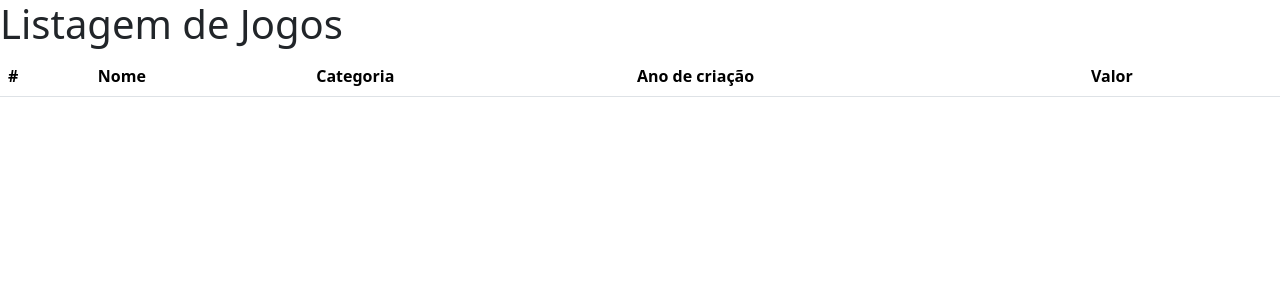
Repository: ytavares/game-registration
Page: http://localhost/jogos
An editor plug-in stored every save of this project. The page is shown before and after a run of saves, followed by the edit.
The browser window is 1280 px wide. The pictures show the whole page.
The page is served by the project's Laravel application, run on PHP 8.4 with Laravel 10. Other server files are loaded and not shown. Queries for data that is not in the repository find no rows.

Above is the page before, as saved 2023-09-15 22:09:47.

### routes/web.php
<?php

use App\Http\Controllers\JogosController;
use Illuminate\Support\Facades\Route;

/*
|--------------------------------------------------------------------------
| Web Routes
|--------------------------------------------------------------------------
|
| Here is where you can register web routes for your application. These
| routes are loaded by the RouteServiceProvider and all of them will
| be assigned to the "web" middleware group. Make something great!
|
*/

Route::get('/', function () {
    return view('welcome');
})->name('home-index');

// Route::get('/jogos', function () {
//     return "Yuri Tavares estudando Laravel";
// });

// Route::view('/jogos', 'jogos', ['name' => 'GTA']);

// Route::get('/jogos/{name?}/{id?}', function($name = null, $id = null) {
//     return view('jogos', ['nomeJogo' => $name, 'idJogo' => $id]);
// })->where(['id' => '[0-9]+', 'name' => '[A-Za-z]+']);

Route::get('/jogos',[JogosController::class, 'index']);

Route::fallback(function() {
    return "Erro ao localizar a rota!";
});

### app/Http/Controllers/JogosController.php
<?php

namespace App\Http\Controllers;

use App\Models\Jogo;
use Illuminate\Http\Request;

class JogosController extends Controller
{
    public function index()
    {
        $jogos = Jogo::all();
        return view('jogos.index', ['jogos' => $jogos]);
    }
}

### app/Models/Jogo.php
<?php

namespace App\Models;

use Illuminate\Database\Eloquent\Factories\HasFactory;
use Illuminate\Database\Eloquent\Model;

class Jogo extends Model
{
    use HasFactory;
    protected $fillable = [
        'nome',
        'categoria',
        'ano_criacao',
        'valor',
    ];
};

### resources/views/jogos/index.blade.php
@extends('layouts.app')

@section('title', 'Listagem')
@section('content')
    <h1>Listagem de Jogos</h1>
    <table class="table">
        <thead>
        <tr>
            <th scope="col">#</th>
            <th scope="col">Nome</th>
            <th scope="col">Categoria</th>
            <th scope="col">Ano de criação</th>
            <th scope="col">Valor</th>
        </tr>
        </thead>
        <tbody>
            @foreach ($jogos as $jogo)
            <tr>
                <th scope="row">{{ $jogo->id }}</th>
                <td>{{ $jogo->nome }}</td>
                <td>{{ $jogo->categoria }}</td>
                <td>{{ $jogo->ano_criacao }}</td>
                <td>{{ $jogo->valor }}</td>
            </tr>
            @endforeach
        </tbody>
  </table>
@endsection

### resources/views/layouts/app.blade.php
<!DOCTYPE html>
<html lang="en">
<head>
    <meta charset="UTF-8">
    <meta name="viewport" content="width=device-width, initial-scale=1.0">
    <meta http-equiv="X-UA-Compatible" content="ie=edge">
    <link href="https://cdn.jsdelivr.net/npm/bootstrap@5.3.2/dist/css/bootstrap.min.css" rel="stylesheet" integrity="sha384-T3c6CoIi6uLrA9TneNEoa7RxnatzjcDSCmG1MXxSR1GAsXEV/Dwwykc2MPK8M2HN" crossorigin="anonymous">
    <title>@yield('title') - Laravel</title>
</head>
<body>
    @yield('content')
</body>
</html>

Loaded but not shown: app/Http/Controllers/Controller.php (common file)

After the next 2 saves:
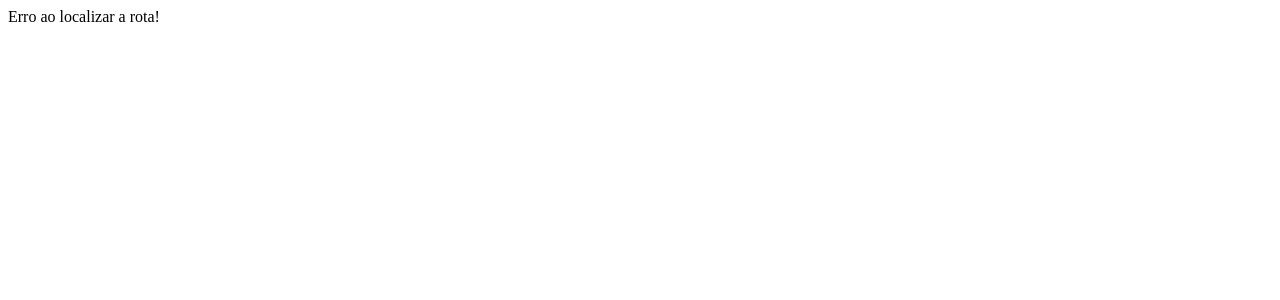
The 2 saves are shown as one change because 1 did not build or start.
The last was saved 56 min 31 s later.
--- a/routes/web.php
+++ b/routes/web.php
@@ -14,22 +14,10 @@
 |
 */
 
-Route::get('/', function () {
-    return view('welcome');
-})->name('home-index');
-
-// Route::get('/jogos', function () {
-//     return "Yuri Tavares estudando Laravel";
+// Route::prefix('jogos')->group(function(){
+//     Route::get('/', [JogosController::class, 'index'])->name('jogos-index')
 // });
 
-// Route::view('/jogos', 'jogos', ['name' => 'GTA']);
-
-// Route::get('/jogos/{name?}/{id?}', function($name = null, $id = null) {
-//     return view('jogos', ['nomeJogo' => $name, 'idJogo' => $id]);
-// })->where(['id' => '[0-9]+', 'name' => '[A-Za-z]+']);
-
-Route::get('/jogos',[JogosController::class, 'index']);
-
-Route::fallback(function() {
+Route::fallback(function () {
     return "Erro ao localizar a rota!";
 });

After the 2 saves that followed:
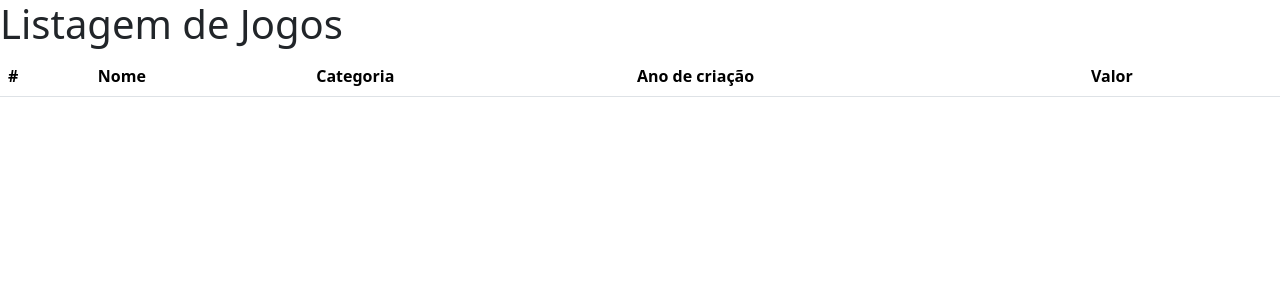
The 2 saves are shown as one change because 1 did not build or start.
The last was saved 47 s later.
--- a/routes/web.php
+++ b/routes/web.php
@@ -14,9 +14,9 @@
 |
 */
 
-// Route::prefix('jogos')->group(function(){
-//     Route::get('/', [JogosController::class, 'index'])->name('jogos-index')
-// });
+Route::prefix('jogos')->group(function () {
+    Route::get('/', [JogosController::class, 'index'])->name('jogos-index');
+});
 
 Route::fallback(function () {
     return "Erro ao localizar a rota!";
